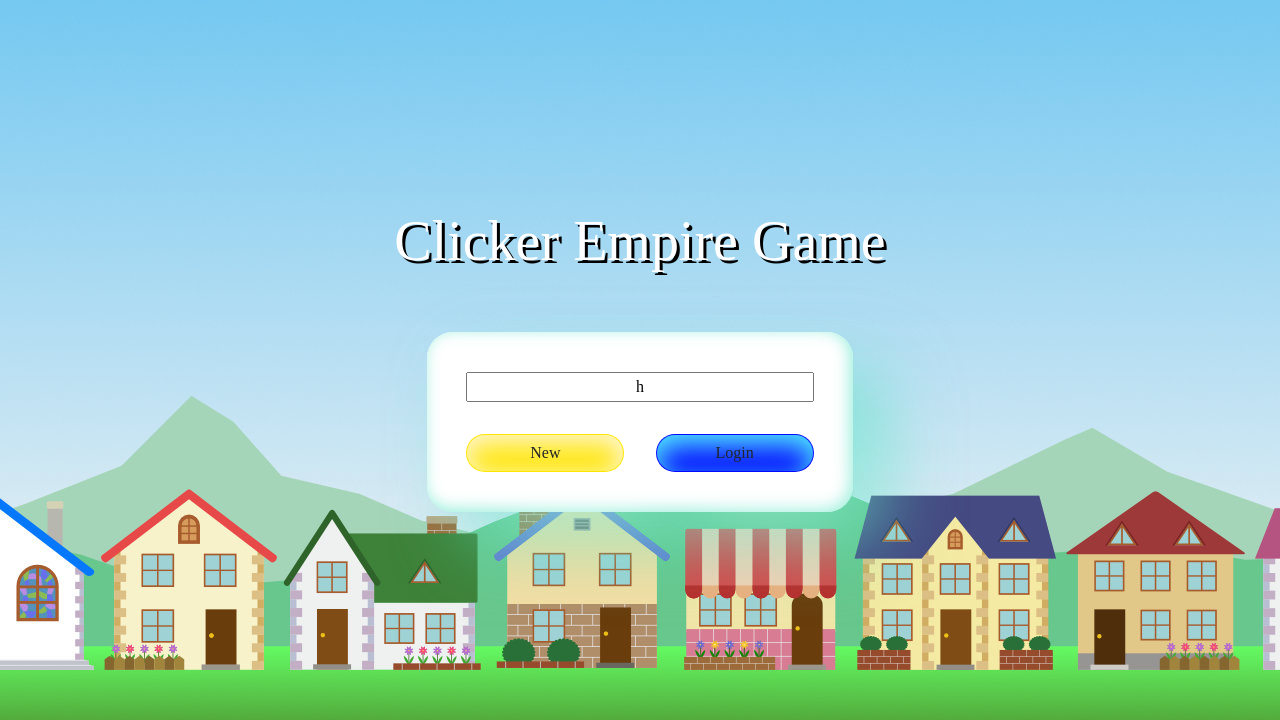
Repository: yu-yaba/Clicker-empire-game
Page: index.html
An editor plug-in stored every save of this project. The page is shown before and after a run of saves, followed by the edit.
The browser window is 1280 px wide. The pictures show the whole page.
Some web fonts or font styles are not loaded; a fallback is used.

Above is the page before, as saved 2023-02-02 10:40:02.

After the next 2 saves:
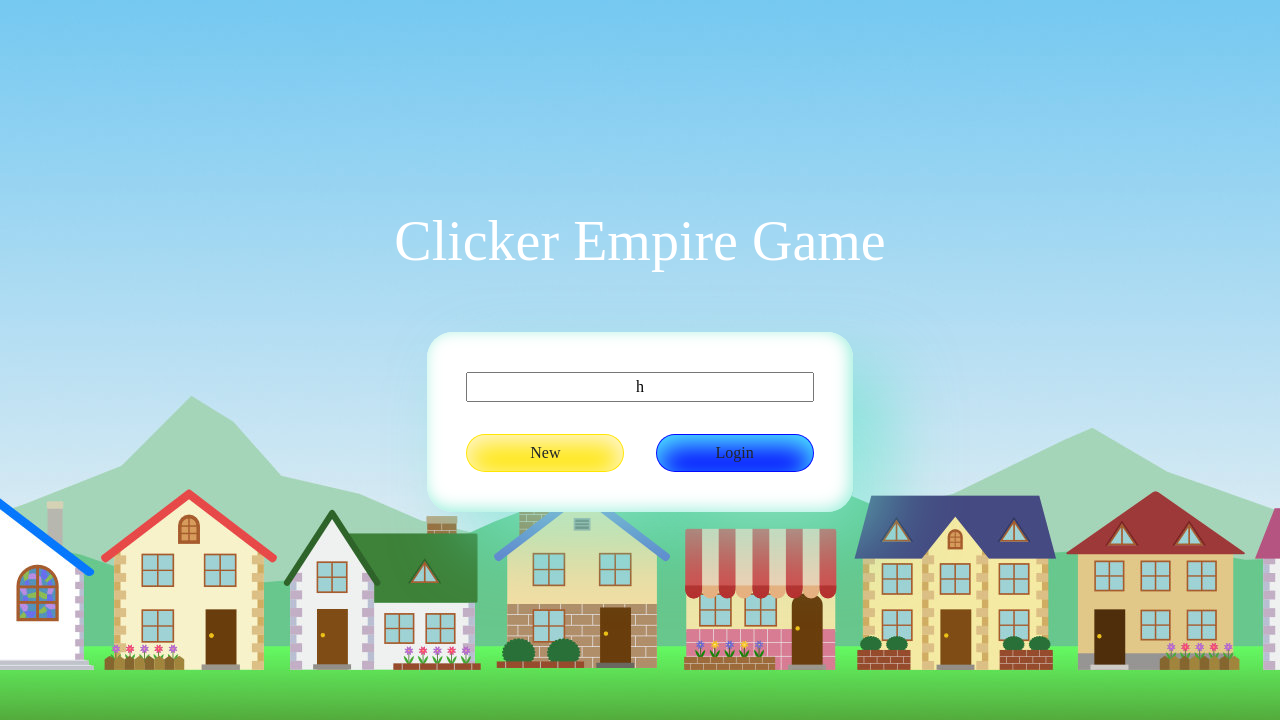
The 2 saves are shown as one change because they came seconds apart.
The last was saved 5 min 13 s later.
--- a/stylesheet.css
+++ b/stylesheet.css
@@ -3,6 +3,7 @@ body {
     color: white;
     font-weight: bold;
     text-shadow: 3px 3px 0 #000
+    over
 }
 
 
